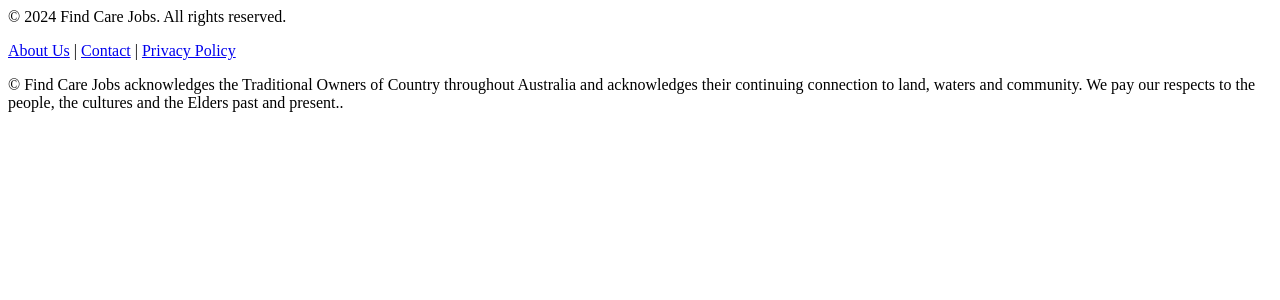
Repository: RichardCareJobs/find-care-jobs
Page: footer.html
These files come from the project's save history. The page is drawn as it stood at one moment and after the next save; the edit follows.
The browser window is 1280 px wide. The pictures show the whole page.

Above is the page before, as saved 2024-12-02 20:58:31.

After the next save:
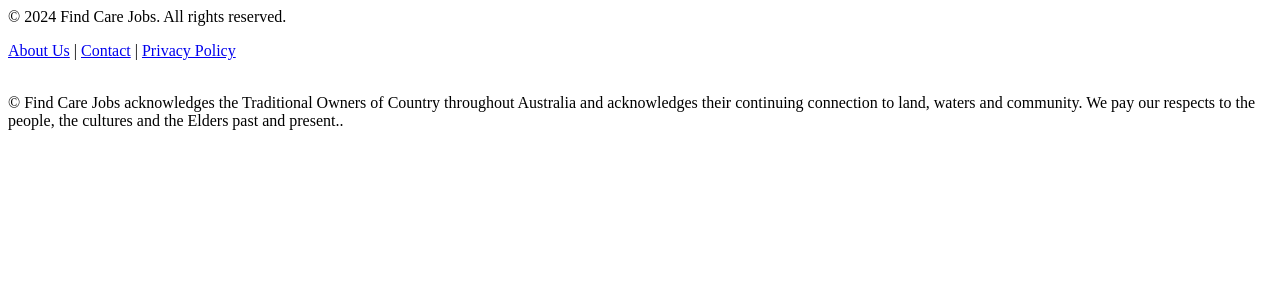
Saved 21 s later.
--- a/footer.html
+++ b/footer.html
@@ -5,6 +5,6 @@
         <a href="about.html">About Us</a> |
         <a href="contact.html">Contact</a> |
         <a href="docs/Privacy Policy for Find Care Jobs.pdf">Privacy Policy</a>
-    </nav>
+    </nav> &nbsp;
     <p>&copy; Find Care Jobs acknowledges the Traditional Owners of Country throughout Australia and acknowledges their continuing connection to land, waters and community. We pay our respects to the people, the cultures and the Elders past and present..</p>
 </footer>
